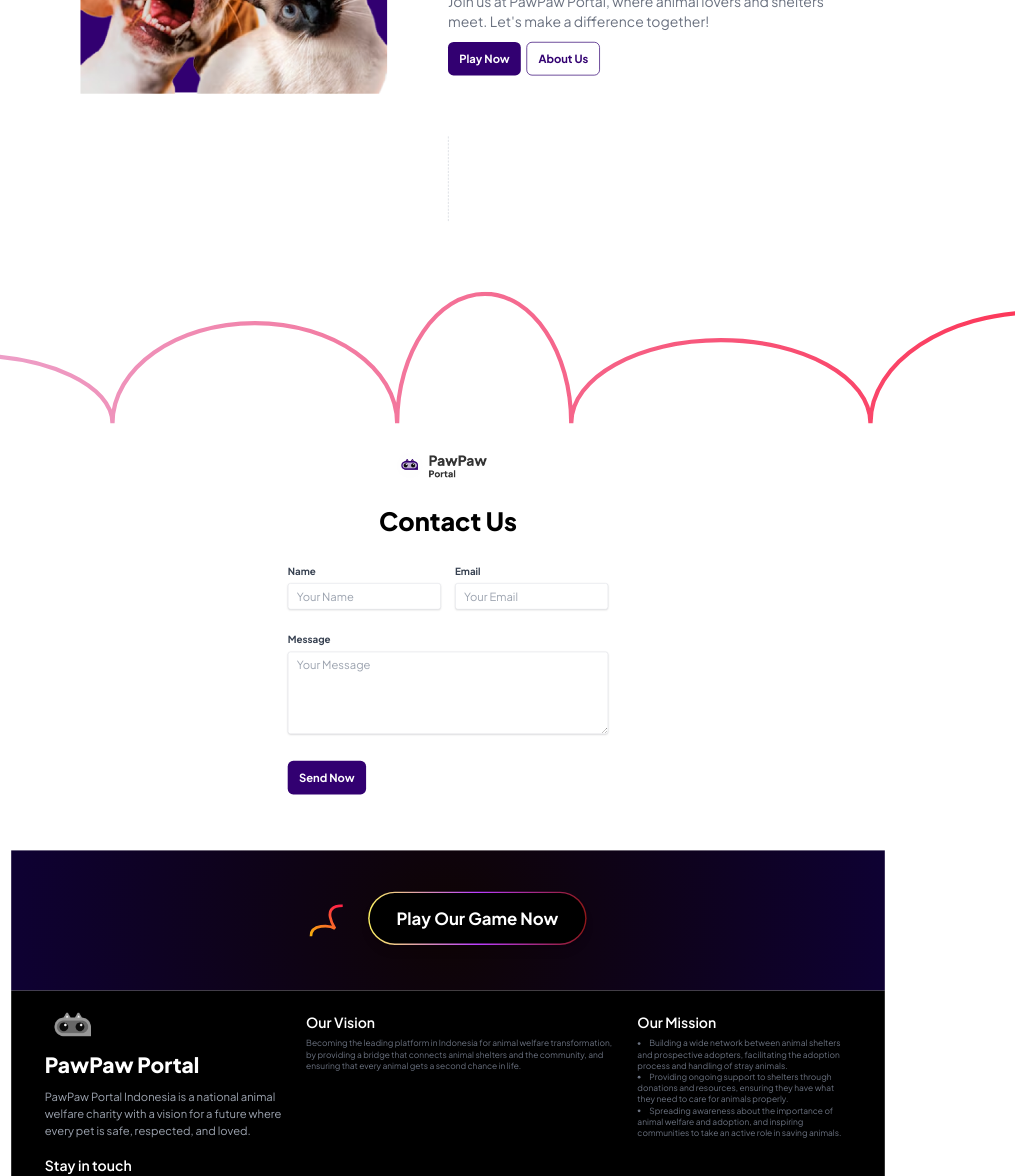
Repository: paskasiregar/pawpawwebsite
Page: /
The author's editor kept a copy of each file at every save. The page is drawn from the files as they stood at one save, then again after the next save.
The browser window is 1280 px wide. The page is 1450 px wide, so the pictures cover 1450 px, including what lies to the right of the window. The pictures show the part of the page from y = 1427 to 3107 px (the page is 3210 px tall), at 70% of full size.
The project was rebuilt for these pictures with package versions that can differ from the ones it lists, and the page was loaded fresh each time. The framework's server and built-in components were replaced by stand-ins that run in the browser. Also part of the build but not shown: next.config.js, next.config.mjs.

Above is the page before, as saved 2024-07-31 20:10:42.

### src/app/layout.js
import { Inter } from "next/font/google";
import "./globals.css";

const inter = Inter({ subsets: ["latin"] });

export const metadata = {
  title: "PawPaw Portal | Your One-Stop Shelter",
  description: "Your One-Stop Shelter",
};

export default function RootLayout({ children }) {
  return (
    <html lang="en">
      <body className={inter.className}>{children}</body>
    </html>
  );
}

### src/app/globals.css
@import url("https://fonts.googleapis.com/css2?family=Plus+Jakarta+Sans:wght@400;600;700;800&display=swap");

@tailwind base;
@tailwind components;
@tailwind utilities;

body {
  font-family: "Plus Jakarta Sans", sans-serif;
}

.hero-bg {
  display: flex;
  background: radial-gradient(
    circle,
    rgb(204, 188, 230) 10%,
    rgb(255, 255, 255) 50%
  );
}

.cta-container {
  display: flex;
  justify-content: center;
  align-items: center;
  position: relative;
  background: radial-gradient(circle, rgb(14, 4, 4) 0%, rgb(14, 1, 51) 100%);
  padding: 20px;
  gap: 20px;
  min-height: 200px;
}

.cta-button {
  display: inline-block;
  padding: 20px 40px;
  font-size: 24px;
  font-weight: bold;
  color: white;
  background: black;
  border-radius: 40px;
  position: relative;
  z-index: 1;
  overflow: hidden;
  transition: all 0.3s ease;
  text-align: center;
}

.cta-button::before {
  content: "";
  position: absolute;
  top: -2px;
  left: -2px;
  right: -2px;
  bottom: -2px;
  background: linear-gradient(
    90deg,
    rgb(255, 244, 97) 0%,
    rgb(187, 61, 255) 50%,
    rgb(142, 23, 23) 100%
  );
  z-index: -1;
  border-radius: inherit;
}

.cta-button::after {
  content: "";
  position: absolute;
  top: 2px;
  left: 2px;
  right: 2px;
  bottom: 2px;
  background: black;
  z-index: -1;
  border-radius: inherit;
}

.cta-button:hover {
  color: rgb(237, 246, 133);
  background: white;
}

.footer-bg {
  background: radial-gradient(circle, rgb(14, 4, 4) 0%, rgb(14, 1, 51) 100%);
  color: white;
  text-align: center;
  padding: 20px;
}

.centeredcontainer {
  width: 100vw;
  height: auto;
}

.main-container {
  width: 100%;
  max-width: 1200px;
  margin: 0 auto;
  padding: 0 20px;
}
.header-content {
  display: flex;
  flex-direction: row;
  align-items: center;
  justify-content: space-between;
}

.header-logo-button {
  display: flex;
  flex-direction: row;
  align-items: center;
  gap: 16px; /* Adjust spacing as needed */
}

html {
  scroll-behavior: smooth;
}

### src/components/contact.jsx
import React from "react";
import PrimaryButton from "@/components/primaryButton";
import NameInput from "./nameInput";
import EmailInput from "./emailInput";
import MessageInput from "./mesageInput";
import Image from "next/image";
import logoHeaderImage from "../assets/banner-10.png";

export const Contact = () => {
  return (
    <div className="font-plus-jakarta flex flex-col items-center justify-center py-16 px-4 md:px-[200px] gap-[40px] text-29xl">
      <div className="flex justify-start items-start">
        <svg
          width="1620"
          height="188"
          viewBox="0 0 1620 188"
          fill="none"
          xmlns="http://www.w3.org/2000/svg"
        >
          <path
            d="M1891 188C1891 100.375 1784.67 29.342 1653.5 29.342C1522.34 29.342 1413.53 100.375 1413.53 188C1413.53 122.37 1317.84 69.158 1199.78 69.158C1081.72 69.158 986.029 122.362 986.029 188C986.029 85.8274 930.825 3 862.735 3C794.645 3 737.369 85.8274 737.369 188C737.369 108.853 646.33 44.6865 534.029 44.6865C421.728 44.6865 330.689 108.853 330.689 188C330.689 134.381 239.649 90.9105 127.349 90.9105C15.0481 90.9105 -76 134.381 -76 188"
            stroke="url(#paint0_linear_545_35799)"
            strokeWidth="6"
            strokeMiterlimit="10"
            strokeLinejoin="bevel"
          />
          <defs>
            <linearGradient
              id="paint0_linear_545_35799"
              x1="-84.5283"
              y1="91.1699"
              x2="1899.52"
              y2="91.1699"
              gradientUnits="userSpaceOnUse"
            >
              <stop offset="0.0224" stopColor="#EBADD7" />
              <stop offset="1" stopColor="#FF2445" />
            </linearGradient>
          </defs>
        </svg>
      </div>
      <Image
        className="w-36 h-10 object-cover"
        alt="Logo"
        src={logoHeaderImage}
        width={120}
        height={20}
      />
      <div className="text-4xl font-extrabold">Contact Us</div>
      <form
        method="post"
        action="https://app.loops.so/api/newsletter-form/YOUR_FORM_ENDPOINT"
      >
        <div className="flex flex-col items-start gap-[16px] text-base text-light-l800 font-regular-reg-2">
          <div className="w-full flex flex-col md:flex-row gap-[20px]">
            <div className="w-full md:w-1/2">
              <label
                htmlFor="name"
                className="w-full block text-sm font-medium text-gray-700"
              ></label>
              <NameInput className="w-full" id="name" name="name" />
            </div>
            <div className="w-full md:w-1/2">
              <label
                htmlFor="email"
                className="block text-sm font-medium text-gray-700"
              ></label>
              <EmailInput className="w-full" id="email" name="email" />
            </div>
          </div>
          <div className="w-full">
            <label
              htmlFor="message"
              className="block text-sm font-medium text-gray-700"
            ></label>
            <MessageInput className="w-full" id="message" name="message" />
          </div>
        </div>
        <div className="mt-4">
          <PrimaryButton type="submit">Send Now</PrimaryButton>
        </div>
      </form>
    </div>
  );
};

export default Contact;

### src/components/divider.jsx
export const Divider = () => {
  return (
    <div className="self-stretch h-[195px] flex flex-row items-center justify-center py-16 px-[130px] box-border">
      <div className="w-px relative box-border h-[121px] border-r-[1px] border-dashed border-gray-300" />
    </div>
  );
};

### src/components/header.jsx
import Link from "next/link";
import PrimaryButton from "@/components/primaryButton";
import React from "react";
import Image from "next/image";
import logoHeaderImage from "../assets/banner-10.png";

export const Header = () => {
  return (
    <div className="font-plus-jakarta w-full flex flex-col items-center justify-center text-left text-gray-500">
      <div className="self-stretch bg-white flex flex-col items-center justify-center text-sm">
        <div className="w-full header-content p-2.5 box-border">
          <Link href="/">
            <Image
              className="w-36 h-10 object-cover"
              alt="Logo"
              src={logoHeaderImage}
              width={120}
              height={20}
            />
          </Link>
          <div className="hidden md:flex flex-row items-center justify-center gap-8">
            <div>
              <Link href="#how-it-works">How It Works</Link>
            </div>
            <div>
              <Link href="#about-us">About Us</Link>
            </div>
          </div>
          <div className="header-logo-button">
            <PrimaryButton>Be Our Hero Today!</PrimaryButton>
          </div>
        </div>
      </div>
    </div>
  );
};

export default Header;

### src/components/CTA.jsx
import React from "react";
import Link from "next/link";

const CTA = () => {
  return (
    <div className="cta-container font-plus-jakarta p-4 md:p-8 flex flex-col md:flex-row items-center justify-center">
      <svg
        className="cta-decoration mb-4 md:mb-0 md:mr-4"
        width="48"
        height="46"
        viewBox="0 0 48 46"
        fill="none"
        xmlns="http://www.w3.org/2000/svg"
      >
        <path
          d="M2 46C2 27.296 29.551 30.0086 36.5736 34.5625C36.5736 34.5625 14.4611 2 47.5714 2"
          stroke="url(#cta_gradient)"
          strokeWidth="3.92857"
          strokeMiterlimit="10"
          strokeLinejoin="bevel"
        />
        <defs>
          <linearGradient
            id="cta_gradient"
            x1="37.3571"
            y1="2"
            x2="7.5"
            y2="46"
            gradientUnits="userSpaceOnUse"
          >
            <stop stopColor="#FF2445" />
            <stop offset="1" stopColor="#F5AB0E" />
          </linearGradient>
        </defs>
      </svg>
      <Link href="/game">
        <div className="cta-button text-center bg-gradient-to-r from-orange-500 to-pink-500 text-white font-bold py-2 px-4 rounded-lg shadow-lg cursor-pointer">
          Play Our Game Now
        </div>
      </Link>
    </div>
  );
};

export default CTA;

### src/components/primaryButton.jsx
import React from "react";

const PrimaryButton = ({ children, onClick }) => {
  return (
    <button
      className="self-stretch  bg-inherit-320071 hover:bg-blue-700 text-white font-bold px-4 py-3 rounded-lg"
      onClick={onClick}
    >
      {children}
    </button>
  );
};

export default PrimaryButton;

### src/components/secButton.jsx
import React from "react";

const SecButton = ({ children, onClick }) => {
  return (
    <button
      className="bg-white border border-inherit-320071 text-inherit-320071 font-bold py-2 px-4 rounded-lg"
      onClick={onClick}
    >
      {children}
    </button>
  );
};

export default SecButton;

### src/components/nameInput.jsx
import React from "react";

const NameInput = ({ value, onChange }) => {
  return (
    <div className="mb-4">
      <label
        className="block text-gray-700 text-sm font-bold mb-2"
        htmlFor="name"
      >
        Name
      </label>
      <input
        id="name"
        type="text"
        value={value}
        onChange={onChange}
        className="shadow appearance-none border rounded w-full py-2 px-3 text-gray-700 leading-tight focus:outline-none focus:shadow-outline"
        placeholder="Your Name"
      />
    </div>
  );
};

export default NameInput;

### src/components/emailInput.jsx
import React from "react";

const EmailInput = ({ value, onChange }) => {
  return (
    <div className="mb-4">
      <label
        className="block text-gray-700 text-sm font-bold mb-2"
        htmlFor="email"
      >
        Email
      </label>
      <input
        id="email"
        type="email"
        value={value}
        onChange={onChange}
        className="shadow appearance-none border rounded w-full py-2 px-3 text-gray-700 leading-tight focus:outline-none focus:shadow-outline"
        placeholder="Your Email"
      />
    </div>
  );
};

export default EmailInput;

### src/components/mesageInput.jsx
import React from "react";

const MessageInput = ({ value, onChange }) => {
  return (
    <div className="mb-4">
      <label
        className="block text-gray-700 text-sm font-bold mb-2"
        htmlFor="message"
      >
        Message
      </label>
      <textarea
        id="message"
        value={value}
        onChange={onChange}
        className="shadow appearance-none border rounded w-full py-2 px-3 text-gray-700 leading-tight focus:outline-none focus:shadow-outline"
        placeholder="Your Message"
        rows="5"
      />
    </div>
  );
};

export default MessageInput;

Loaded but not shown: src/app/page.js (128 lines, source omitted); tailwind.config.js (24 lines, source omitted); src/components/hero.jsx (211 lines, source omitted); src/components/footer.jsx (167 lines, source omitted)

After the next save:
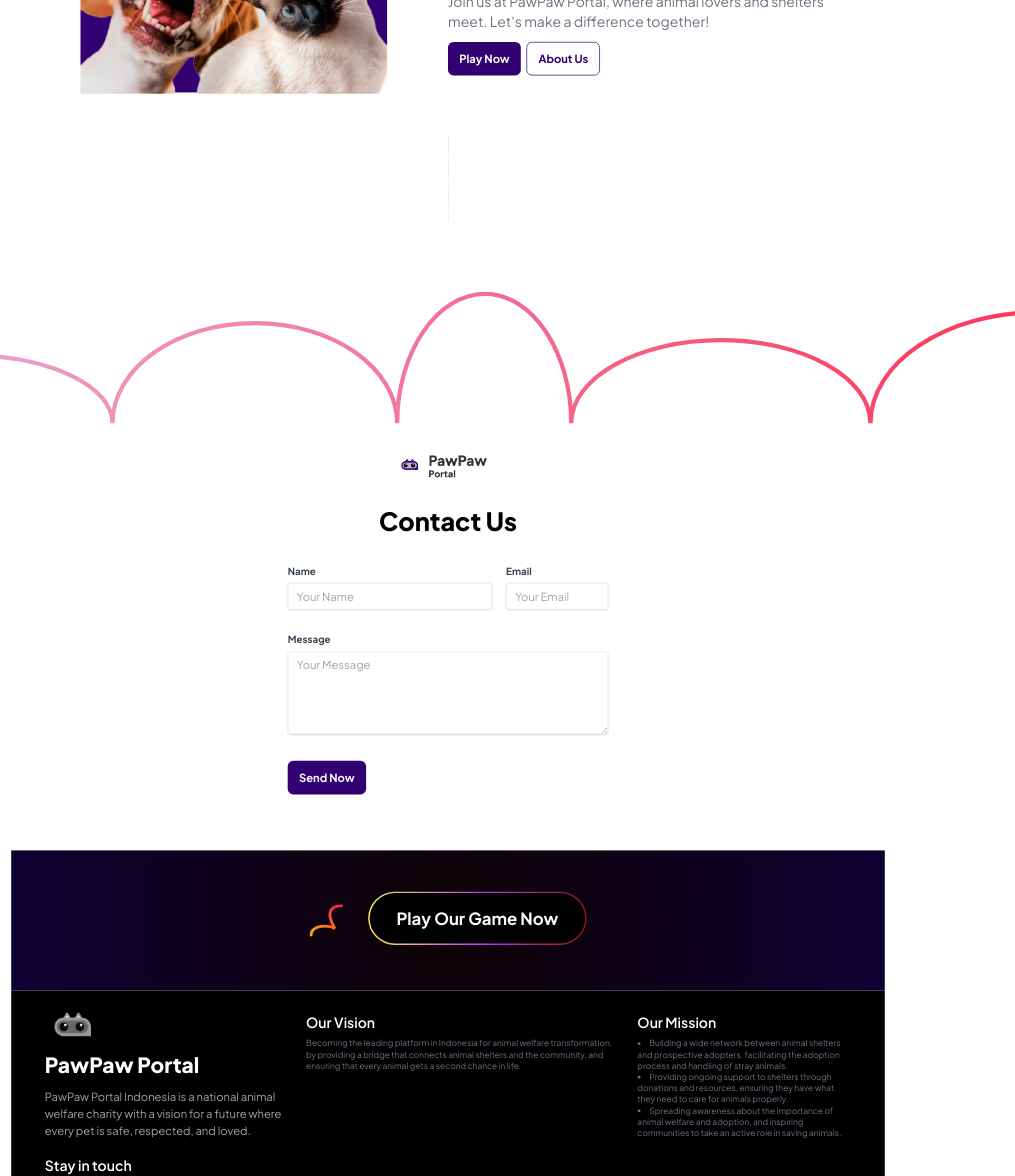
Saved 12 s later.
--- a/src/components/contact.jsx
+++ b/src/components/contact.jsx
@@ -51,9 +51,9 @@ export const Contact = () => {
         method="post"
         action="https://app.loops.so/api/newsletter-form/YOUR_FORM_ENDPOINT"
       >
-        <div className="flex flex-col items-start gap-[16px] text-base text-light-l800 font-regular-reg-2">
+        <div className="w-full flex flex-col items-start gap-[16px] text-base text-light-l800 font-regular-reg-2">
           <div className="w-full flex flex-col md:flex-row gap-[20px]">
-            <div className="w-full md:w-1/2">
+            <div className="w-full">
               <label
                 htmlFor="name"
                 className="w-full block text-sm font-medium text-gray-700"

After the save that followed:
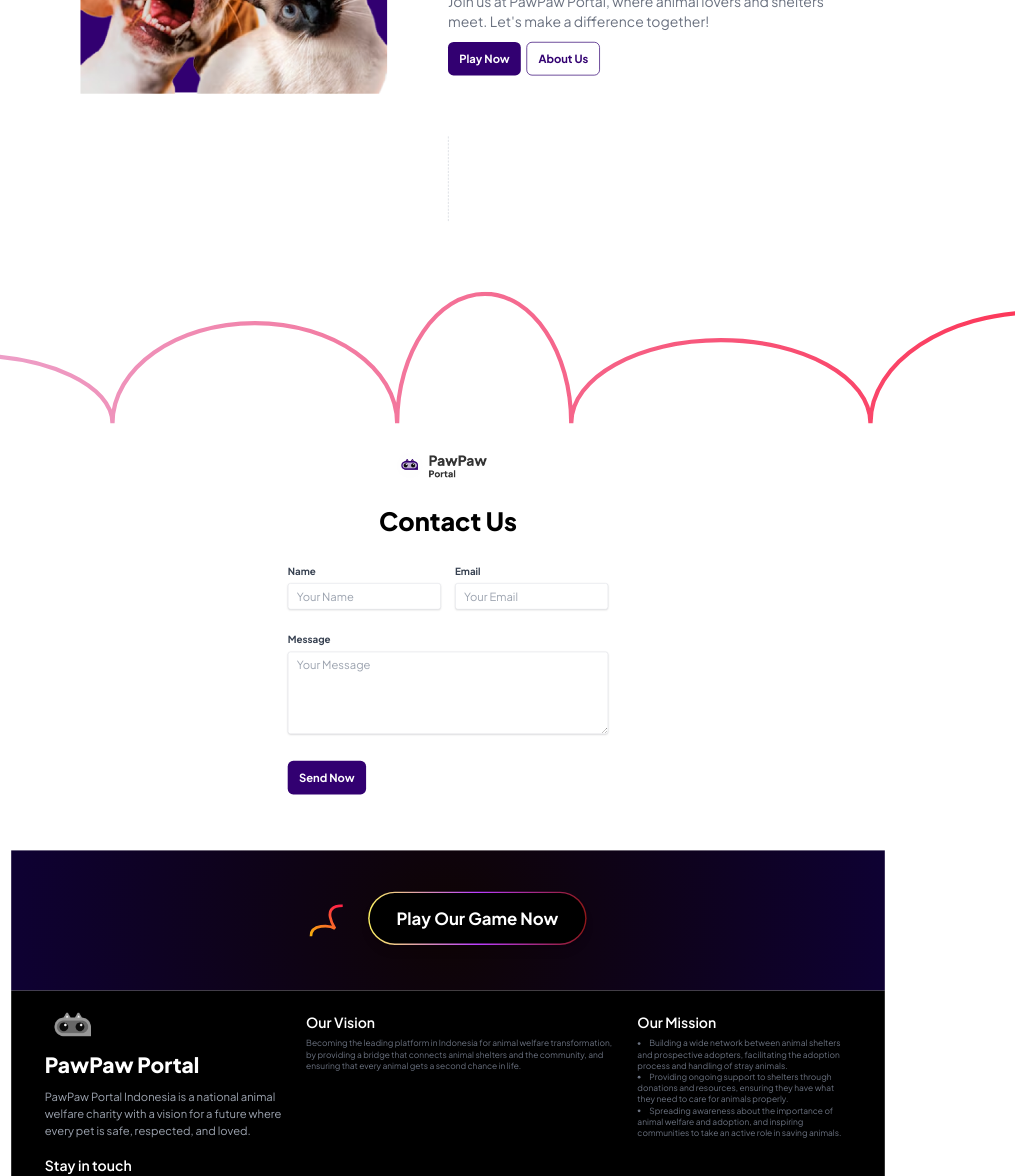
Saved 16 s later.
--- a/src/components/contact.jsx
+++ b/src/components/contact.jsx
@@ -53,7 +53,7 @@ export const Contact = () => {
       >
         <div className="w-full flex flex-col items-start gap-[16px] text-base text-light-l800 font-regular-reg-2">
           <div className="w-full flex flex-col md:flex-row gap-[20px]">
-            <div className="w-full">
+            <div className="w-full md:w-1/2">
               <label
                 htmlFor="name"
                 className="w-full block text-sm font-medium text-gray-700"
